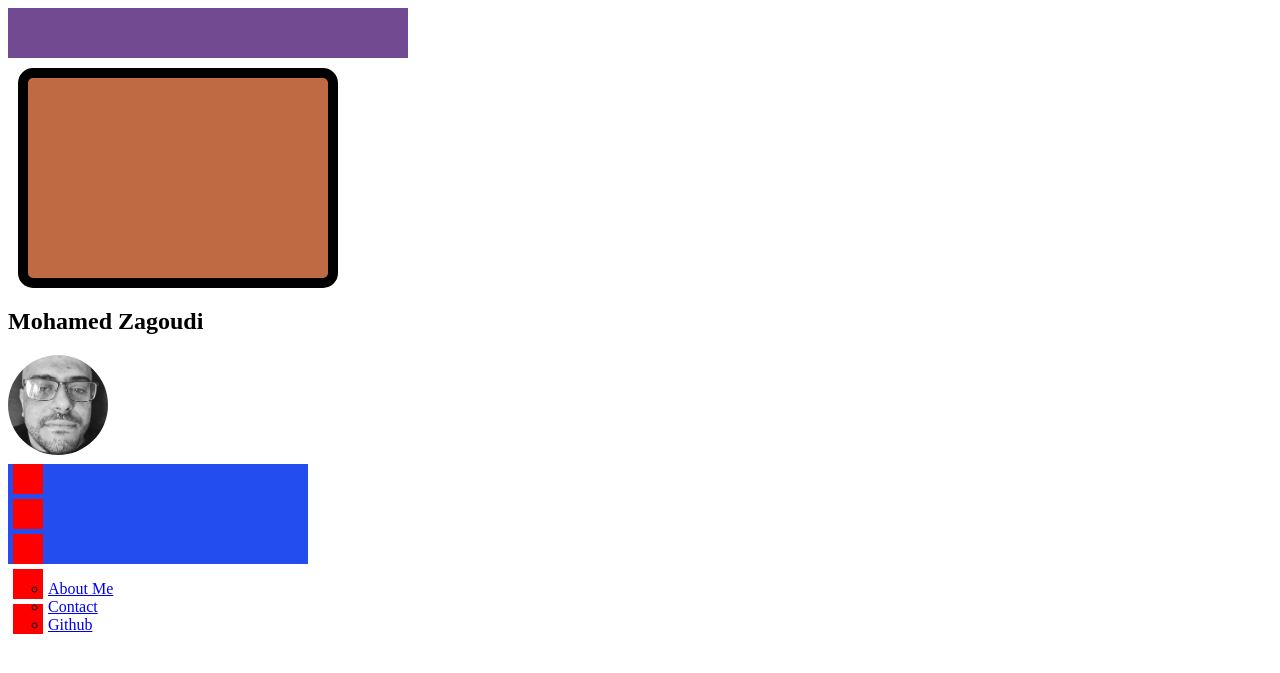
Repository: Mohzagou/Eersteportofolio
Page: index.html
The author's editor kept a copy of each file at every save. The page is drawn from the files as they stood at one save, then again after the next save.
The browser window is 1280 px wide. The pictures show the whole page.

Above is the page before, as saved 2022-06-07 19:42:55.

### index.html
<!DOCTYPE html>

<head>
    <link rel="stylesheet" href="styles.css" />
    <meta charset="UTF-8">

    <title>Document</title>
</head>

<body>

    <header></header>
    <div class="about-me"></div>
    <h2 id="name">Mohamed Zagoudi</h2>

    <img class="avatar" src="images/67gwzvy.jpeg" alt="Mohamed Zagoudi headshot " />
    <div>
        <section>
            <div class="test"></div>
            <div class="test"></div>
            <div class="test"></div>
            <div class="test"></div>
            <div class="test"></div>
        </section>
        <footer>
            <ul style="list-style-type: circle ">
                <li><a href=" ">About Me</a></li>
                <li><a href=" ">Contact</a></li>
                <li><a href="https://github.com/Mohzagou ">Github</a></li>

            </ul>

        </footer>



</body>



</html>

### styles.css
header {
    width: 400px;
    height: 50px;
    background-color: rgb(113, 74, 145);
}

section {
    width: 300px;
    height: 100px;
    background-color: #234def;
}

.about-me {
    width: 300px;
    height: 200px;
    background-color: rgb(177, 69, 21, 0.8);
    margin: 10px;
    border: solid black 10px;
    border-radius: 15px;
}

.avatar {
    width: 100px;
    border-radius: 50px;
}

#name {
    color: black;
}

.test {
    width: 30px;
    height: 30px;
    background-color: red;
    margin: 5px;
}

After the next save:
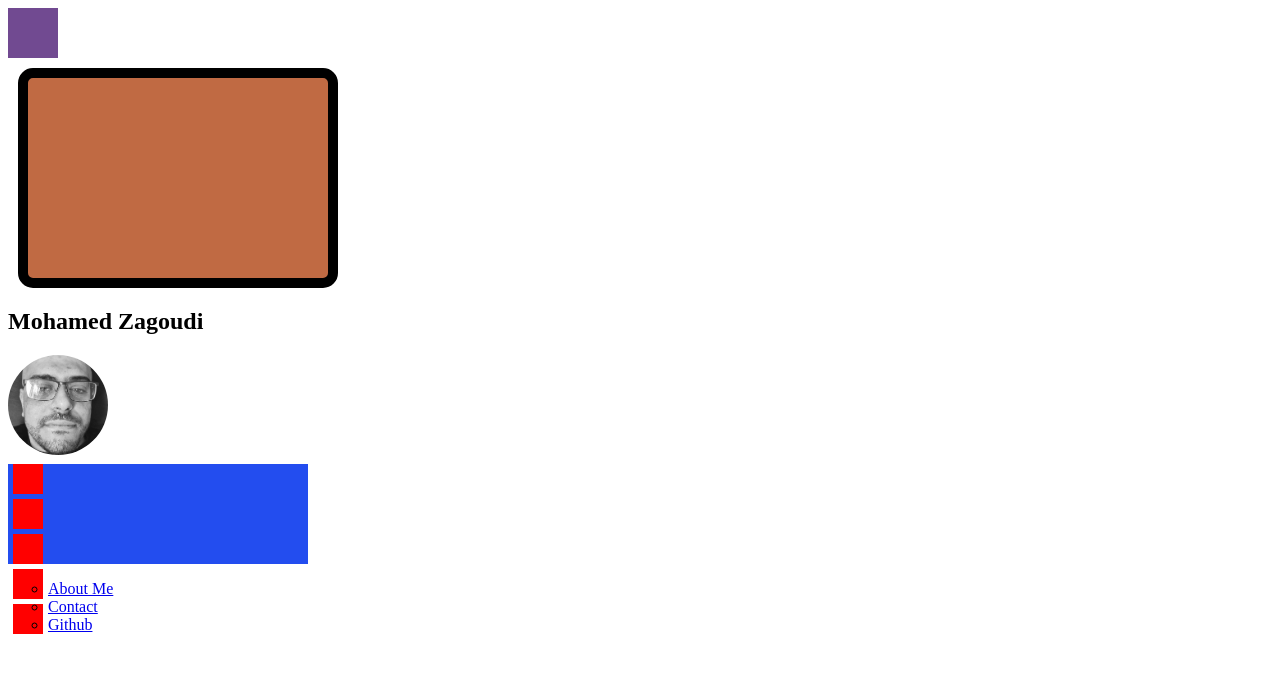
Saved 104 s later.
--- a/styles.css
+++ b/styles.css
@@ -1,5 +1,5 @@
 header {
-    width: 400px;
+    width: 50px;
     height: 50px;
     background-color: rgb(113, 74, 145);
 }
